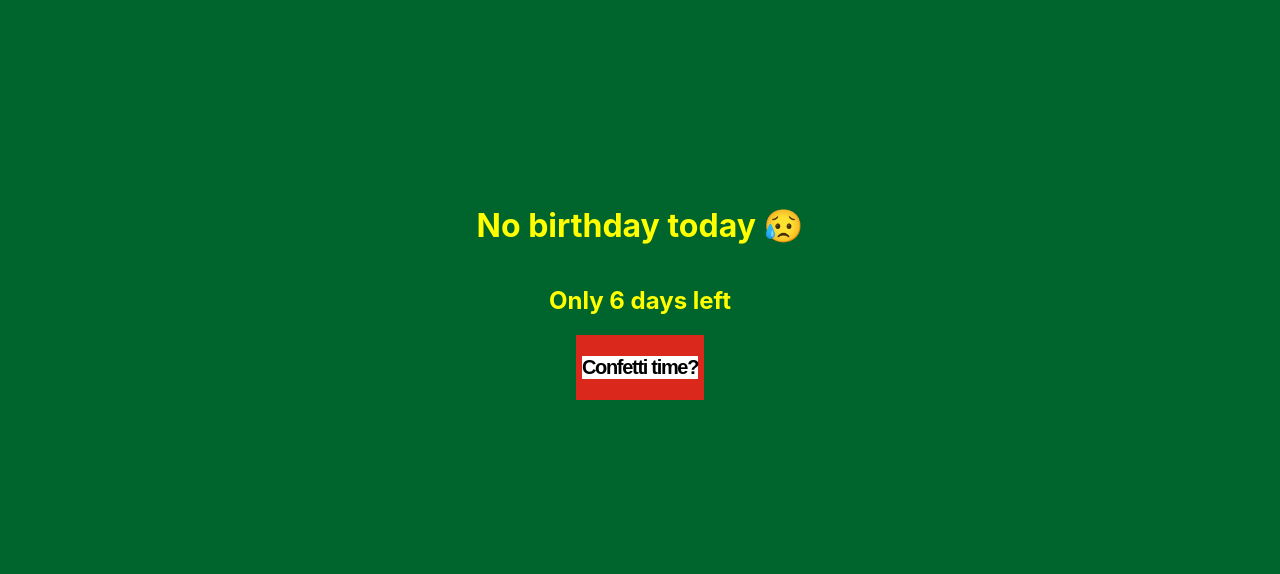
Repository: David-Waite/HannahsBirthdayWebsite
Page: /
These files come from the project's save history. The page is drawn as it stood at one moment and after the next save; the edit follows.
The browser window is 1280 px wide. The pictures show the whole page.
The project was rebuilt for these pictures with package versions that can differ from the ones it lists, and the page was loaded fresh each time.

Above is the page before, as saved 2023-03-30 18:25:43.

### src/index.css
body {
  margin: 0;
  font-family: -apple-system, BlinkMacSystemFont, "Segoe UI", "Roboto", "Oxygen",
    "Ubuntu", "Cantarell", "Fira Sans", "Droid Sans", "Helvetica Neue",
    sans-serif;
  -webkit-font-smoothing: antialiased;
  -moz-osx-font-smoothing: grayscale;
}

.App {
  width: 100vw;
  height: 100vh;
  display: flex;
  flex-direction: column;
  align-items: center;
  justify-content: center;
  background-color: #00642d;
  color: rgb(255, 255, 0);
}

.buttonCon {
  height: 200px;
  width: 200px;
  border-radius: 50%;
}
button {
  border: none;

  overflow: hidden;

  background-color: #da291c;
  color: black;
  font-size: 20px;
  border-radius: 1px;
  font-weight: bold;
  letter-spacing: -1.3px;
}
button p {
  background-color: white;
}

### src/App.js
import "./App.css";

import Confetti from "react-confetti";

import { useState } from "react";

function App() {
  const [confetti, setConfetti] = useState(null);
  const [buttonText, setButtonText] = useState("Confetti time?");
  function isBirthdayToday() {
    const date = new Date();
    if (date.getMonth() === 3 && date.getDate() === 5) {
      return true;
    }
    return false;
  }

  function rainConfetti() {
    if (isBirthdayToday()) {
      setConfetti(true);
      setButtonText("Confetti time!");
    } else {
      setButtonText("no");
    }
  }

  function getDaysUntilBirthday() {
    const date = new Date();
    const hannahBday = new Date(date.getFullYear(), 3, 5);
    const hannahBdayNextYear = new Date(date.getFullYear() + 1, 3, 5);
    const oneDay = 1000 * 60 * 60 * 24;

    let daysUntilBirthday;
    if (hannahBday < date) {
      daysUntilBirthday =
        Math.ceil(hannahBdayNextYear.getTime() - date.getTime()) / oneDay;
    } else {
      daysUntilBirthday =
        Math.ceil(hannahBday.getTime() - date.getTime()) / oneDay;
    }

    return daysUntilBirthday;
  }

  // 5th april
  let birthdayText;
  if (isBirthdayToday()) {
    birthdayText = <h1>Happy birthday!🥳</h1>;
  } else {
    birthdayText = (
      <>
        <h1>No birthday today 😥</h1>
        <h2>Only {Math.ceil(getDaysUntilBirthday())} days left</h2>
      </>
    );
  }
  console.log(isBirthdayToday());
  const date = new Date();

  return (
    <div className="App">
      {confetti && <Confetti />}

      {birthdayText}
      <div className="buttonCon">
        <button onClick={rainConfetti}>
          <p>{buttonText}</p>
        </button>
      </div>
    </div>
  );
}

export default App;

Loaded but not shown: public/index.html (common file); src/index.js (common file); src/reportWebVitals.js (common file); src/App.css (common file)

After the next save:
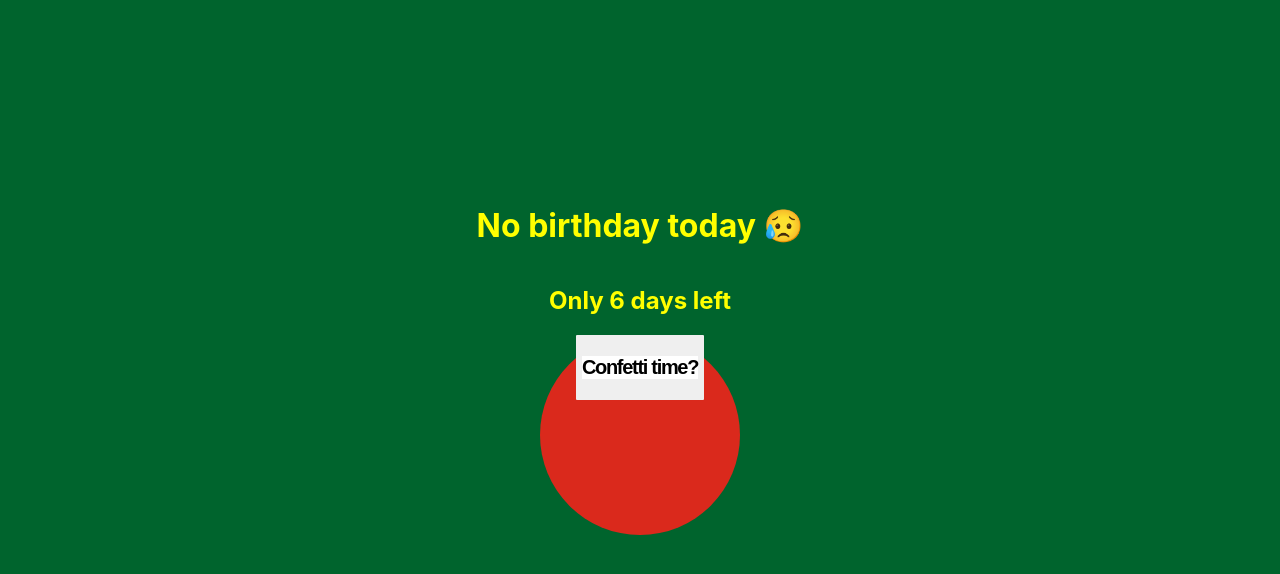
Saved 5 s later.
--- a/src/index.css
+++ b/src/index.css
@@ -21,6 +21,7 @@ body {
 .buttonCon {
   height: 200px;
   width: 200px;
+  background-color: #da291c;
   border-radius: 50%;
 }
 button {
@@ -28,7 +29,6 @@ button {
 
   overflow: hidden;
 
-  background-color: #da291c;
   color: black;
   font-size: 20px;
   border-radius: 1px;
